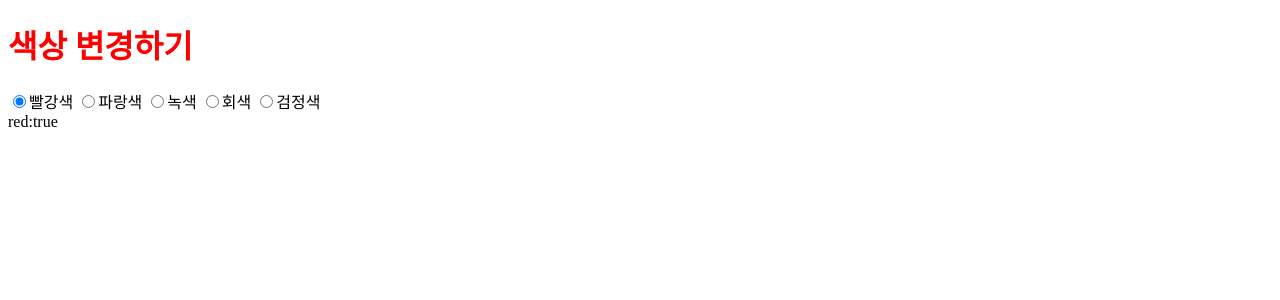
Repository: zmfhd1/Web
Page: jstest/WebContent/event3.html
These files come from the project's save history. The page is drawn as it stood at one moment and after the next save; the edit follows.
The browser window is 1280 px wide. The pictures show the whole page.
After loading, the first visible `input` was changed once.

Above is the page before, as saved 2021-08-25 02:26:52.

After the next save:
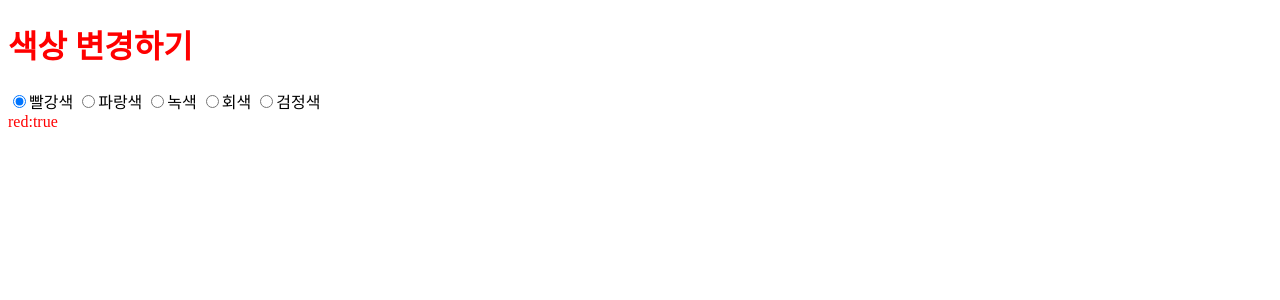
Saved 39 s later.
--- a/jstest/WebContent/event3.html
+++ b/jstest/WebContent/event3.html
@@ -19,6 +19,7 @@ window.onload = function()
 		radio_list[i].onchange = function(){
 		div.textContent = this.value + ":" + this.checked;
 		h1.style.color = this.value;
+		div.style.color = this.value;
 		}
 	}
 }
